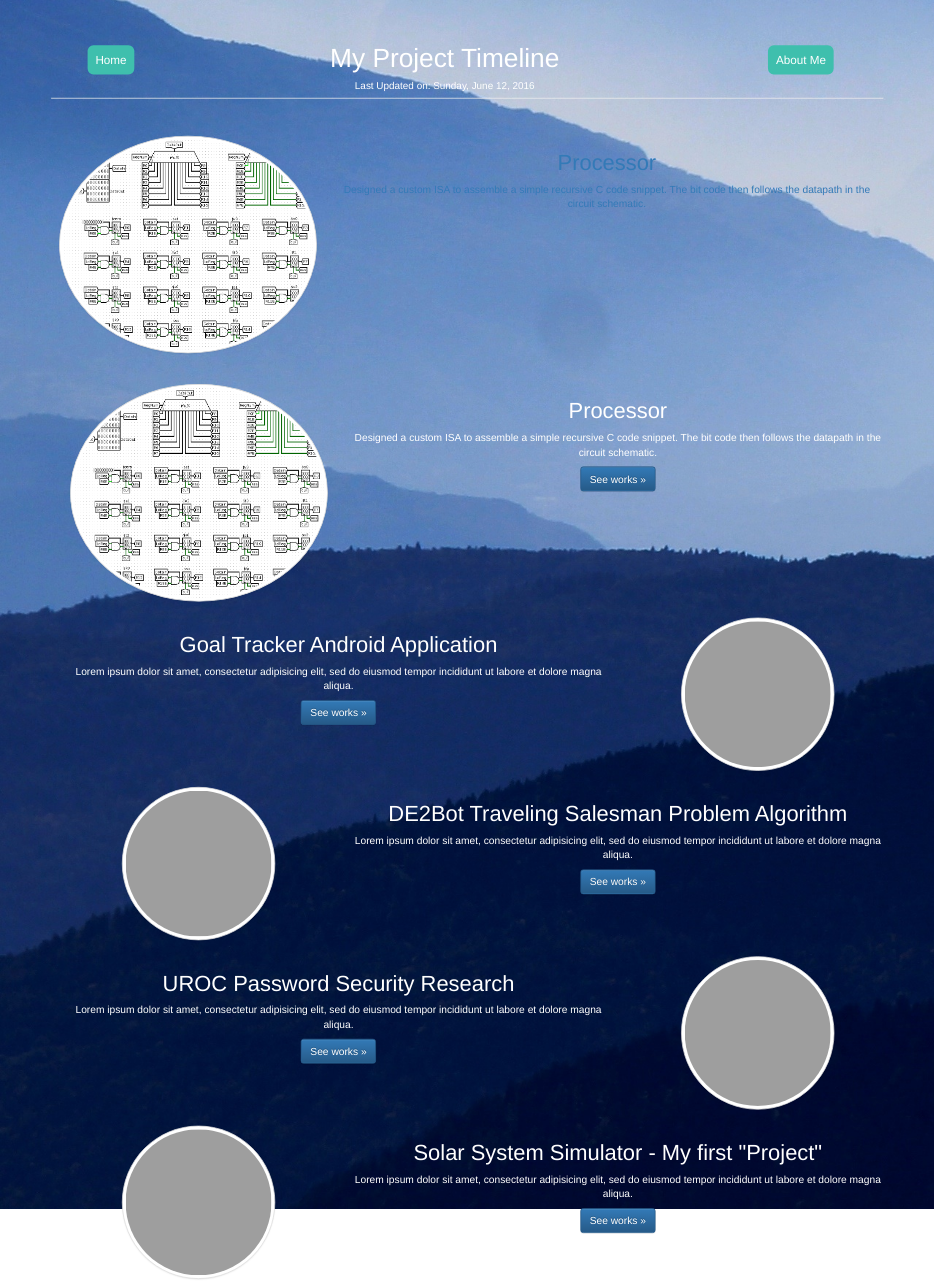
Repository: austinHerring/PersonalWebsite
Page: PersonalWebsite/WebContent/projects.html
The author's editor kept a copy of each file at every save. The page is drawn from the files as they stood at one save, then again after the next save.
The browser window is 1280 px wide. The pictures show the whole page, at 73% of full size.
Pictures or frames that could not be fetched are drawn as grey boxes.

Above is the page before, as saved 2016-06-13 04:59:05.

After the next save:
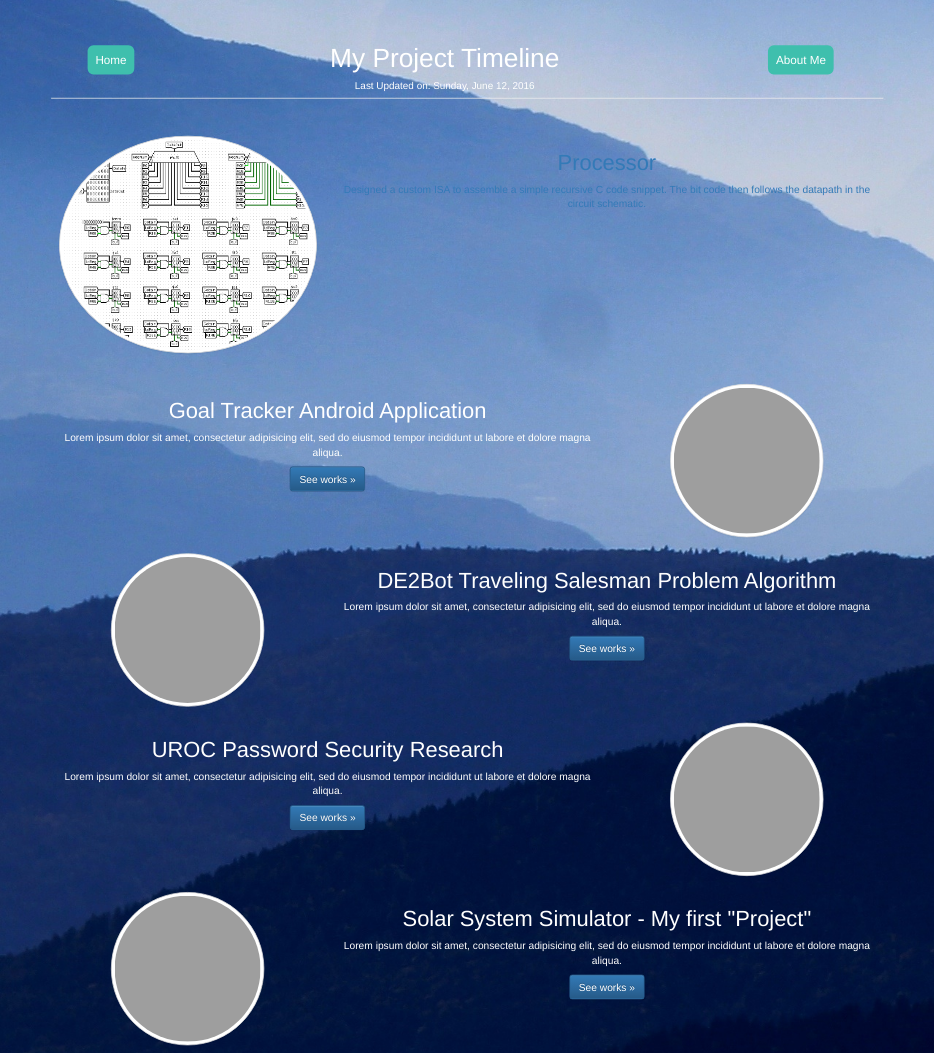
Saved 84 s later.
--- a/PersonalWebsite/WebContent/projects.html
+++ b/PersonalWebsite/WebContent/projects.html
@@ -25,7 +25,7 @@
     	</tr>
     </table>
   </div>
-  <a href="http://stackoverflow.com/questions/1827965/is-putting-a-div-inside-an-anchor-ever-correct" class="container">
+  <a href="" class="container">
     <div class="row stylish-panel">
       <div class="col-md-4">
         <div>
@@ -41,22 +41,6 @@
       </div>
     </div>
   </a>
-  <div class="container">
-    <div class="row stylish-panel">
-      <div class="col-md-4">
-        <div>
-          <img src="images/processor.png" alt="Register File" class="img-circle img-thumbnail">
-        </div>
-      </div>
-      <div class="col-md-8">
-        <div>
-          <h2>Processor</h2>
-          <p>Designed a custom ISA to assemble a simple recursive C code snippet. The bit code then follows the datapath in the circuit schematic.
-          </p>
-          <a href="#" class="btn btn-primary" title="See more">See works »</a>
-        </div>
-      </div>
-    </div>
     <div class="row stylish-panel">
       <div class="col-md-8">
         <div>
